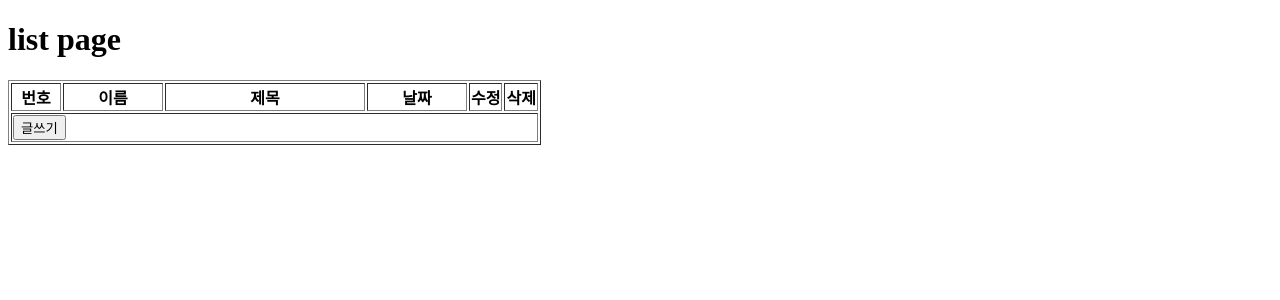
Repository: Star-Violet/testtest
Page: http://localhost/MB01_MyBoard_Mybatis/
These files come from the project's save history. The page is drawn as it stood at one moment and after the next save; the edit follows.
The browser window is 1280 px wide. The pictures show the whole page.
The page is served by Tomcat 9. Queries for data that is not in the repository find no rows.

Above is the page before, as saved 2020-01-21 04:13:30.

After the next save:
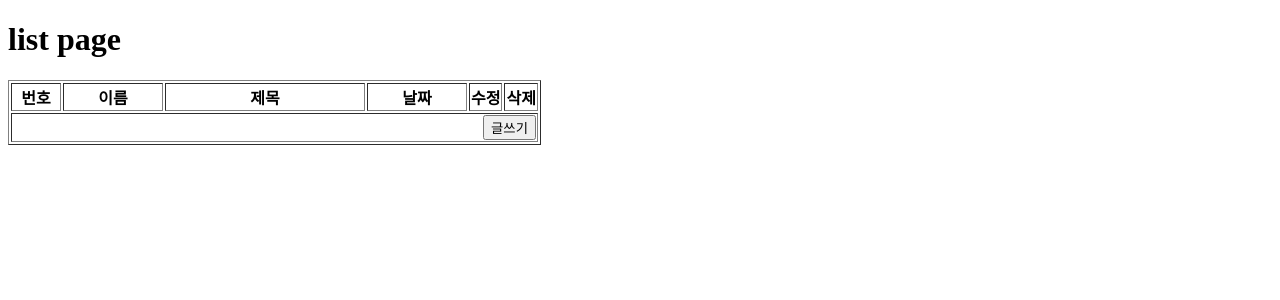
Saved 17 s later.
--- a/MyBatis/MB01_MyBoard_Mybatis/WebContent/mylist.jsp
+++ b/MyBatis/MB01_MyBoard_Mybatis/WebContent/mylist.jsp
@@ -51,7 +51,7 @@
 	%>
 
 		<tr>
-			<td colspan="6" akugb="right">
+			<td colspan="6" align="right">
 				<button onclick="location.href='myinsert.jsp'">글쓰기</button>
 			</td>
 		</tr>
